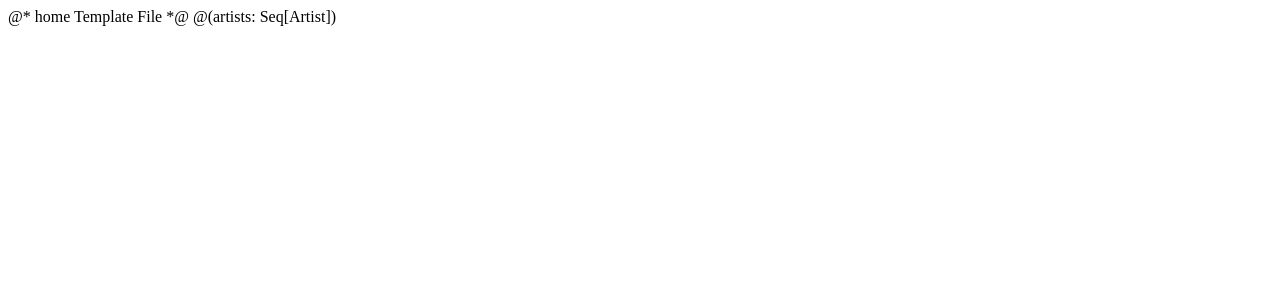
Repository: JohnSchoolProjects/LearningPlay
Page: Samples/Chapter2/ActionApp/app/views/home.scala.html
The author's editor kept a copy of each file at every save. The page is drawn from the files as they stood at one save, then again after the next save.
The browser window is 1280 px wide. The pictures show the whole page.

Above is the page before, as saved 2016-04-30 21:23:02.

After the next save:
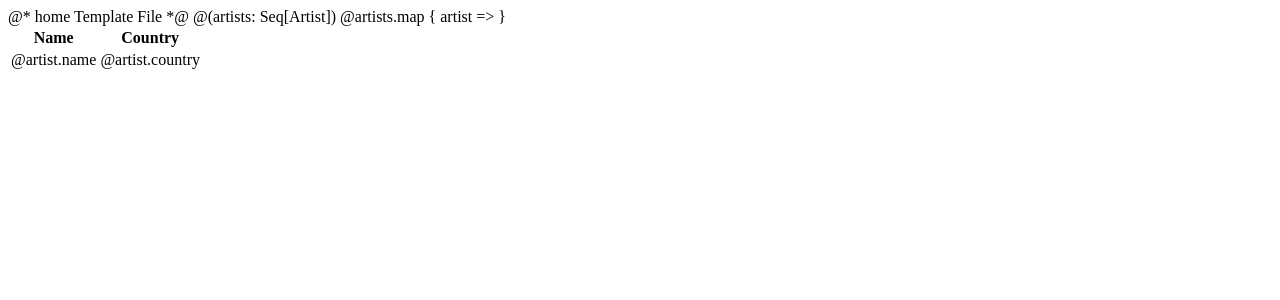
Saved 2 min 13 s later.
--- a/Samples/Chapter2/ActionApp/app/views/home.scala.html
+++ b/Samples/Chapter2/ActionApp/app/views/home.scala.html
@@ -1,2 +1,28 @@
 @* home Template File *@
 @(artists: Seq[Artist])
+
+<!DOCTYPE html>
+
+<html>
+	<head>
+		<title>Action Application</title>
+	</head>
+	<body>
+		<table>
+			<thead>
+				<tr>
+					<th>Name</th>
+					<th>Country</th>
+				</tr>
+			</thead>
+			<tbody>
+				@artists.map { artist =>
+					<tr>
+						<td>@artist.name</td>
+						<td>@artist.country</td>
+					</tr>
+				}
+			</tbody>
+		</table>
+	</body>
+</html>
